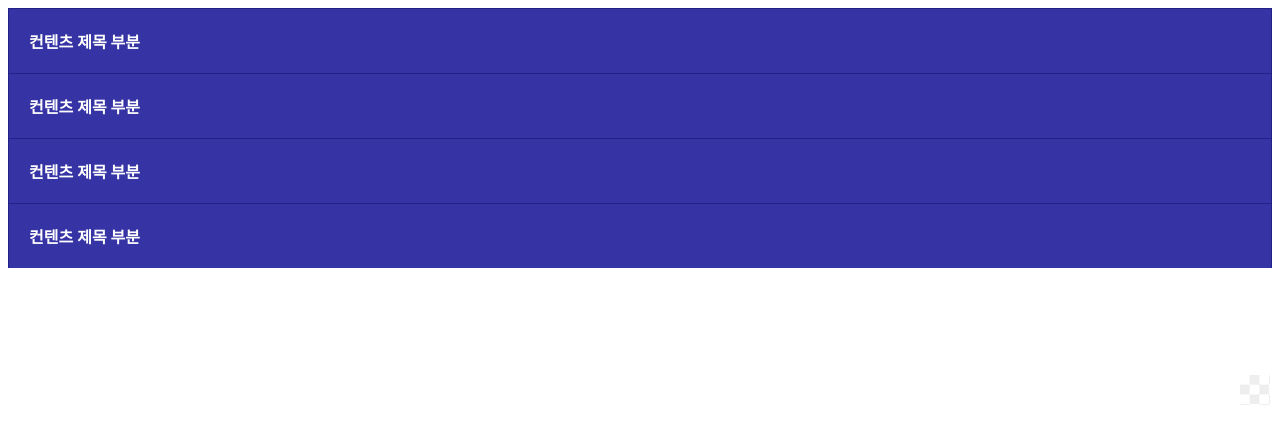
Repository: Heo-sh/GroupProject
Page: http://localhost/Spring_project_2/WEB-INF/views/faq.jsp
These files come from the project's save history. The page is drawn as it stood at one moment and after the next save; the edit follows.
The browser window is 1280 px wide. The pictures show the whole page.
The page is served by Tomcat 9. Nobody is signed in. Other server files are loaded and not shown. The template is opened directly, without the code that normally fills it, so the values that code supplies are empty.

Above is the page before, as saved 2023-05-31 05:27:01.

### work_로그인_회원페이지/Spring_project_2/src/main/webapp/WEB-INF/views/faq.jsp
<%@ page language="java" contentType="text/html; charset=UTF-8"
    pageEncoding="UTF-8"%>
<!DOCTYPE html>
<html>
	<head>
		<meta charset="UTF-8">
		<title>faq</title>
		<style type="text/css">
			input[id*="answer"] {
				display:none;
			}

			input[id*="answer"] + label {
				display: block;
				padding: 20px;
				border: 1px solid #232188;
				border-bottom: 0;
				color:#fff;
				font-weight: 900;
				background: #3634a5;
				cursor: pointer;
			}

			input[id*="answer"] + label em {
				position: absolute;
				top:50%;
				right:10px;
				width: 30px;
				height: 30px;
				margin-top: 15px;
				display: inline-block;
				background: url('./resources/img/arrow.png') 0 0 no-repeat;
			}

			input[id*="answer"] + label + div {

				max-height: 0;
				transition: all .35s;
				overflow: hidden;
				background: #ebf8ff;
				font-size: 11px;
			}

			input[id*="answer"] + label + div p {
				display: inline-block;
				padding: 20px;
			}

			input[id*="answer"]:checked + label + div {max-height: 100px;}

			input[id*="answer"]:checked + label em {background-position: 0 -30px;}
		</style>
	</head>
	<body>
		<div class= "accordion">
			<input type ="checkbox" id="answer01">
			<label for="answer01">컨텐츠 제목 부분<em></em></label>
			<div><p>자주묻는 질문의 답변이 여기에 들어갑니다
					이곳에서 자연스럽게 나오는 효과를 볼 수 있습니다</p></div>
			<input type ="checkbox" id="answer02">
			<label for="answer02">컨텐츠 제목 부분<em></em></label>
			<div><p>자주묻는 질문의 답변이 여기에 들어갑니다
					이곳에서 자연스럽게 나오는 효과를 볼 수 있습니다</p></div>
			<input type ="checkbox" id="answer03">
			<label for="answer03">컨텐츠 제목 부분<em></em></label>
			<div><p>자주묻는 질문의 답변이 여기에 들어갑니다
					이곳에서 자연스럽게 나오는 효과를 볼 수 있습니다</p></div>
			<input type ="checkbox" id="answer04">
			<label for="answer04">컨텐츠 제목 부분<em></em></label>
			<div><p>자주묻는 질문의 답변이 여기에 들어갑니다
					이곳에서 자연스럽게 나오는 효과를 볼 수 있습니다</p></div>
		</div>
	</body>
</html>

After the next save:
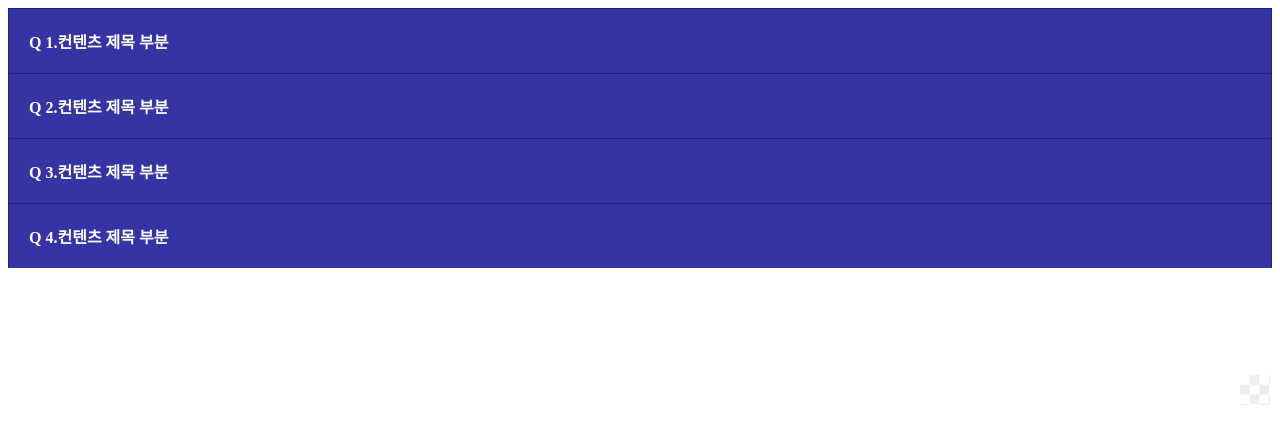
Saved 45 s later.
--- a/work_로그인_회원페이지/Spring_project_2/src/main/webapp/WEB-INF/views/faq.jsp
+++ b/work_로그인_회원페이지/Spring_project_2/src/main/webapp/WEB-INF/views/faq.jsp
@@ -54,19 +54,19 @@
 	<body>
 		<div class= "accordion">
 			<input type ="checkbox" id="answer01">
-			<label for="answer01">컨텐츠 제목 부분<em></em></label>
+			<label for="answer01">Q 1.컨텐츠 제목 부분<em></em></label>
 			<div><p>자주묻는 질문의 답변이 여기에 들어갑니다
 					이곳에서 자연스럽게 나오는 효과를 볼 수 있습니다</p></div>
 			<input type ="checkbox" id="answer02">
-			<label for="answer02">컨텐츠 제목 부분<em></em></label>
+			<label for="answer02">Q 2.컨텐츠 제목 부분<em></em></label>
 			<div><p>자주묻는 질문의 답변이 여기에 들어갑니다
 					이곳에서 자연스럽게 나오는 효과를 볼 수 있습니다</p></div>
 			<input type ="checkbox" id="answer03">
-			<label for="answer03">컨텐츠 제목 부분<em></em></label>
+			<label for="answer03">Q 3.컨텐츠 제목 부분<em></em></label>
 			<div><p>자주묻는 질문의 답변이 여기에 들어갑니다
 					이곳에서 자연스럽게 나오는 효과를 볼 수 있습니다</p></div>
 			<input type ="checkbox" id="answer04">
-			<label for="answer04">컨텐츠 제목 부분<em></em></label>
+			<label for="answer04">Q 4.컨텐츠 제목 부분<em></em></label>
 			<div><p>자주묻는 질문의 답변이 여기에 들어갑니다
 					이곳에서 자연스럽게 나오는 효과를 볼 수 있습니다</p></div>
 		</div>
